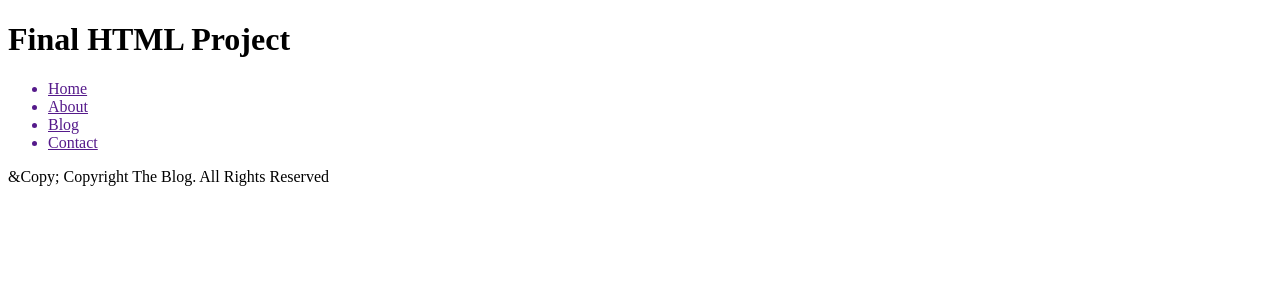
Repository: kmasih/finalHTMLProject
Page: index.HTML
These files come from the project's save history. The page is drawn as it stood at one moment and after the next save; the edit follows.
The browser window is 1280 px wide. The pictures show the whole page.

Above is the page before, as saved 2018-05-27 23:53:00.

### index.HTML
<!DOCTYPE html>
<html lang="en">

<head>
    <meta charset="UTF-8">
    <title>Final HTML Project</title>
</head>

<body>
    <!--
        Final HTML Project Requirements
        - Use Semantic HTML
        - Create a blog about any topic, I've used tech
        - Include a header
        - Include a nav with links
        - A blog section with two article each article having a h3 heading, again remembering to use semantic HTML
        - Include another section with u form featuring a username, email and submit button
        - A third section that is an image gallery with at least two images
        - And a footer with copyright
    -->


    <!--Header section of the page-->
    <header>
        <h1>Final HTML Project</h1>
    </header>

    <nav>
        <ul>
            <a href="">
                <li>Home</li>
            </a>
            <a href="">
                <li>About</li>
            </a>
            <a href="">
                <li>Blog</li>
            </a>
            <a href="">
                <li>Contact</li>
            </a>
        </ul>
    </nav>

    <!--End of section of the page-->

    <!--Blog post section-->

    <section>
        <article>
            <p>

            </p>
        </article>
    </section>


    <footer>
        <p> &Copy; Copyright The Blog. All Rights Reserved</p>
    </footer>
</body>

</html>

After the next save:
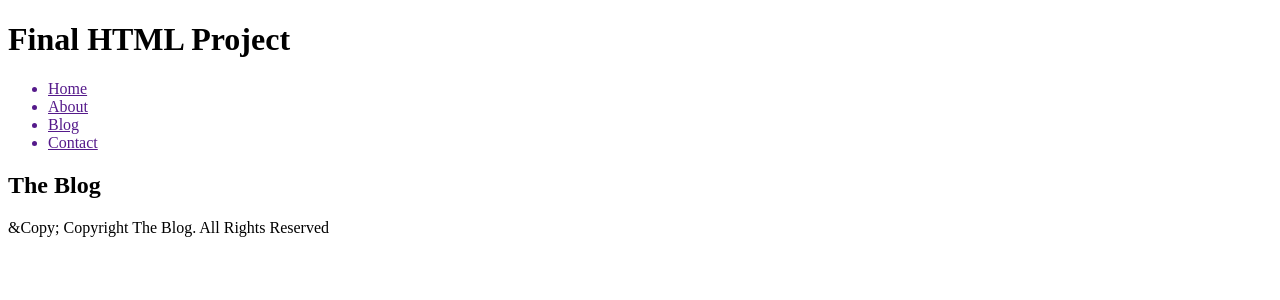
Saved 74 min 8 s later.
--- a/index.HTML
+++ b/index.HTML
@@ -47,6 +47,7 @@
     <!--Blog post section-->
 
     <section>
+        <h2>The Blog</h2>
         <article>
             <p>
 
